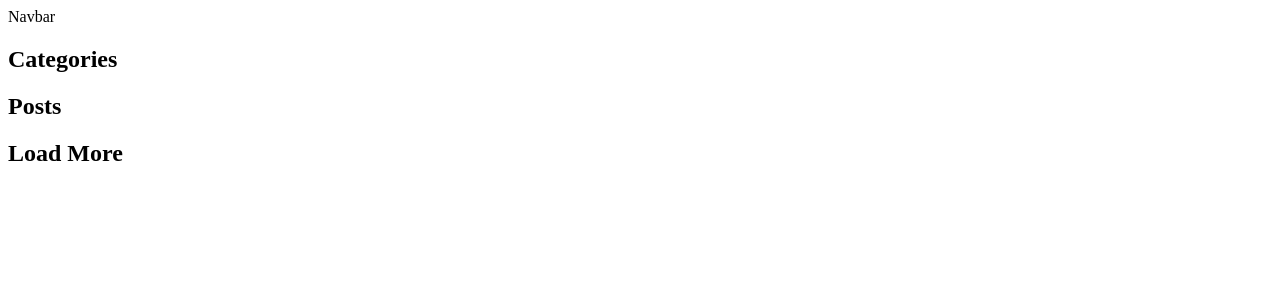
Repository: MikeeBuilds/flexxible
Page: /
An editor plug-in stored every save of this project. The page is shown before and after a run of saves, followed by the edit.
The browser window is 1280 px wide. The pictures show the whole page.
The project was rebuilt for these pictures with package versions that can differ from the ones it lists, and the page was loaded fresh each time. The framework's server and built-in components were replaced by stand-ins that run in the browser. Also part of the build but not shown: next.config.js.

Above is the page before, as saved 2023-06-24 16:14:52.

After the next 2 saves:
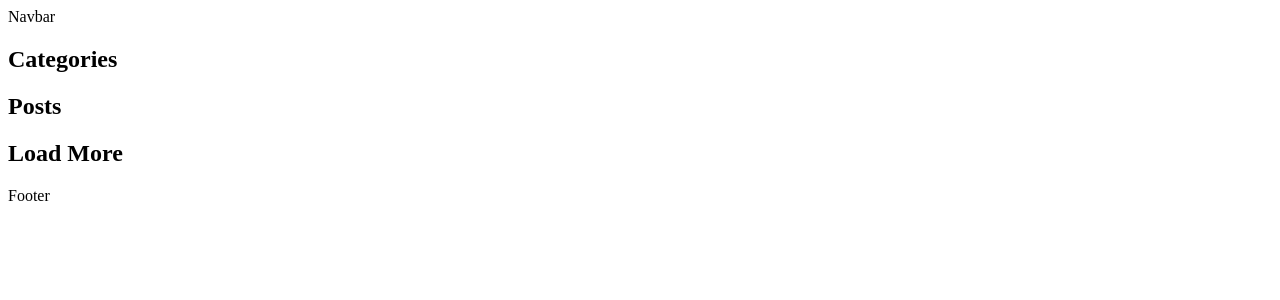
The 2 saves are shown as one change because they came seconds apart.
The last was saved 5 s later.
--- a/app/layout.tsx
+++ b/app/layout.tsx
@@ -13,6 +13,7 @@
       <body>
         Navbar
         {children}
+        Footer
       </body>
     </html>
   )

After the 2 saves that followed:
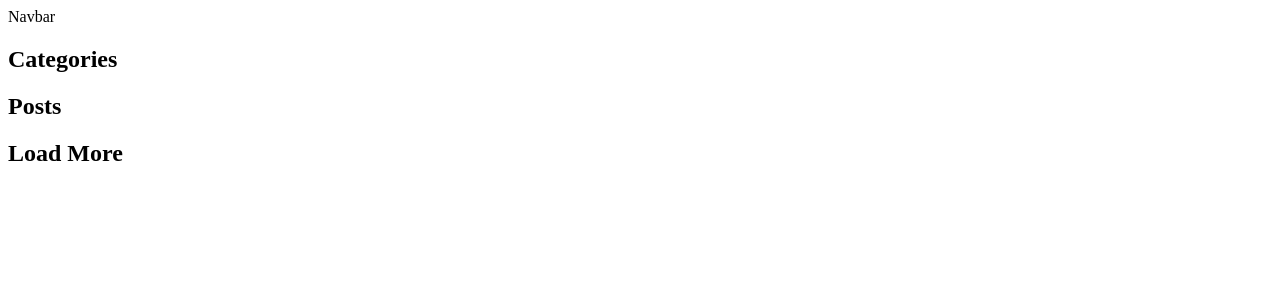
The 2 saves are shown as one change because they came seconds apart.
The last was saved 11 s later.
--- a/app/layout.tsx
+++ b/app/layout.tsx
@@ -13,7 +13,7 @@
       <body>
         Navbar
         {children}
-        Footer
+
       </body>
     </html>
   )
